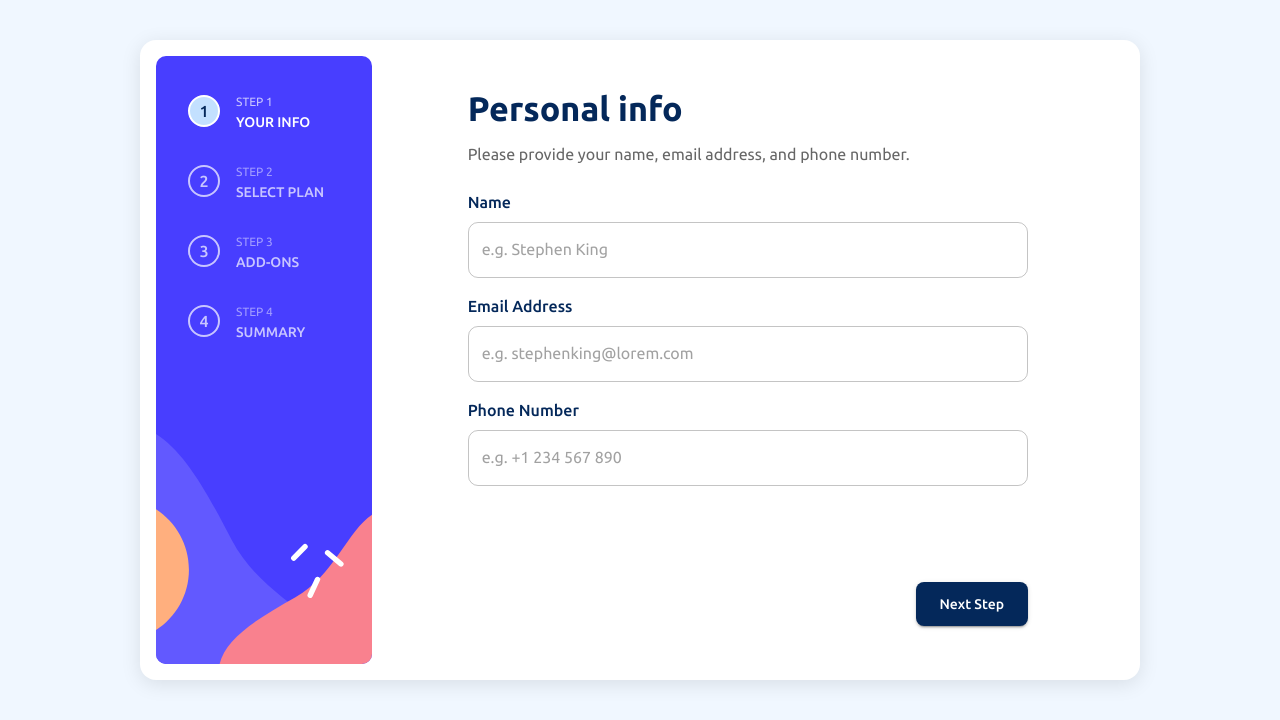
Repository: ozerrrs/chalange7days
Page: / (app in 7dayschalange/7dayschallange/)
The author's editor kept a copy of each file at every save. The page is drawn from the files as they stood at one save, then again after the next save.
The browser window is 1280 px wide. The pictures show the whole page.
The project was rebuilt for these pictures with package versions that can differ from the ones it lists, and the page was loaded fresh each time. Also part of the build but not shown: 7dayschalange/7dayschallange/vite.config.js.

Above is the page before, as saved 2025-03-05 16:19:49.

After the next save:
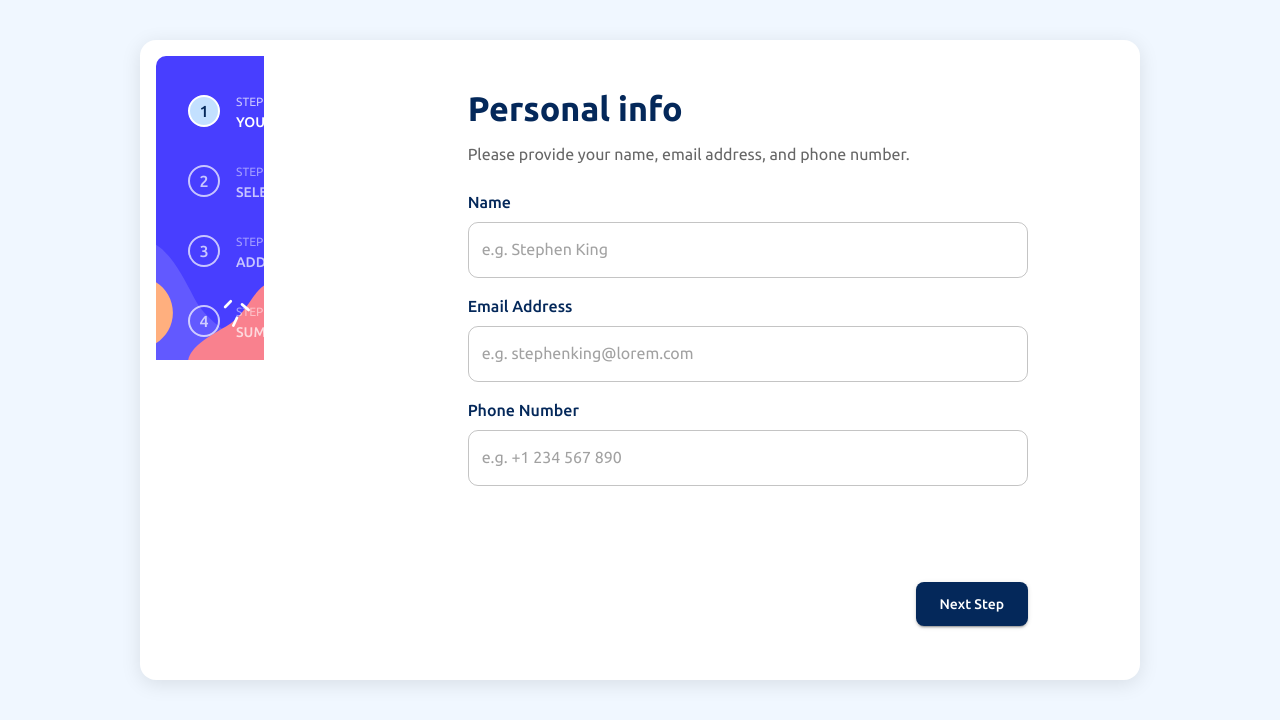
Saved 65 s later.
--- a/7dayschalange/7dayschallange/src/pages/firstPage.jsx
+++ b/7dayschalange/7dayschallange/src/pages/firstPage.jsx
@@ -276,8 +276,8 @@
                         src={advancedIcon}
                         alt="background"
                         style={{
-                          width: "50%",
-                          height: "50%",
+                          width: "20%",
+                          height: "20%",
                           objectFit: "cover",
                         }}
                       />
@@ -379,7 +379,7 @@
           <img
             src={backgroundNav}
             alt="background"
-            style={{ width: "100%", height: "100%", objectFit: "cover" }}
+            style={{ width: "50%", height: "50%", objectFit: "cover" }}
           />
         </Box>
         <Box sx={{ position: "relative", zIndex: 1 }}>

After the 2 saves that followed:
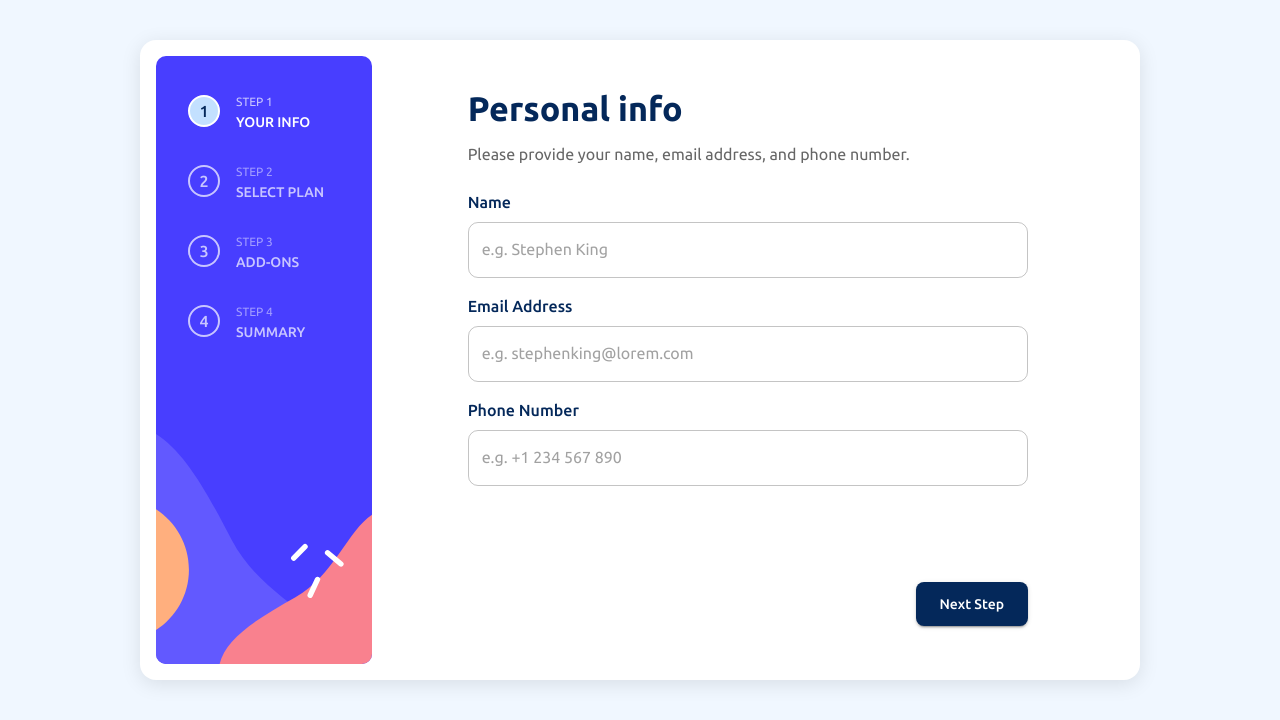
The 2 saves are shown as one change because 1 left the picture as it was.
The last was saved 39 s later.
--- a/7dayschalange/7dayschallange/src/pages/firstPage.jsx
+++ b/7dayschalange/7dayschallange/src/pages/firstPage.jsx
@@ -103,18 +103,15 @@
 }));
 
 const PlanCard = styled(Box)(({ theme, selected }) => ({
-  padding: theme.spacing(3),
+  padding: theme.spacing(1),
   borderRadius: 8,
+  flex: 1,
   border: selected ? "1px solid #544e98" : "1px solid #ccc",
   backgroundColor: selected ? "#f8f9ff" : "transparent",
   cursor: "pointer",
   width: "150px",
-  height: "180px",
   transition: "all 0.2s ease-in-out",
   display: "flex",
-  flexDirection: "column",
-  alignItems: "flex-start",
-  justifyContent: "space-between",
 
   "&:hover": {
     borderColor: "#04285a",
@@ -276,8 +273,8 @@
                         src={advancedIcon}
                         alt="background"
                         style={{
-                          width: "20%",
-                          height: "20%",
+                          width: "50%",
+                          height: "50%",
                           objectFit: "cover",
                         }}
                       />
@@ -379,7 +376,7 @@
           <img
             src={backgroundNav}
             alt="background"
-            style={{ width: "50%", height: "50%", objectFit: "cover" }}
+            style={{ width: "100%", height: "100%", objectFit: "cover" }}
           />
         </Box>
         <Box sx={{ position: "relative", zIndex: 1 }}>
